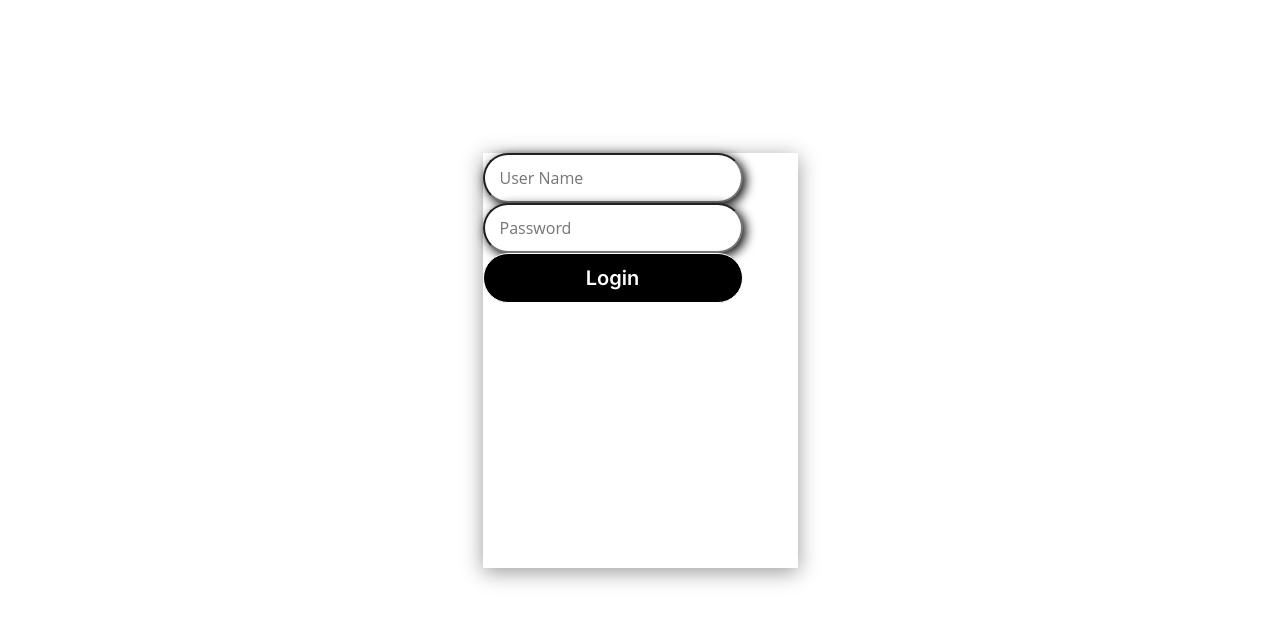
Repository: Cherced/virtualassistant
Page: /Login
These files come from the project's save history. The page is drawn as it stood at one moment and after the next save; the edit follows.
The browser window is 1280 px wide. The pictures show the whole page.
The project was rebuilt for these pictures with package versions that can differ from the ones it lists, and the page was loaded fresh each time. The framework's server and built-in components were replaced by stand-ins that run in the browser.

Above is the page before, as saved 2022-07-15 14:16:04.

### pages/_app.js
import '../sass/global.scss';


const MyApp = ({ Component, pageProps }) => {
    return <Component {...pageProps} />
  }


export default MyApp

### pages/_document.js
import { Html, Head, Main, NextScript } from 'next/document'

export default function Document() {

  return (
    <Html lang="en">
      <Head />
      <body>
        <Main />
        <div id="portal"></div>
        <NextScript />
      </body>
    </Html>
  )
}

### pages/Login.jsx
import React from 'react'
import { LoginForm } from '../components/molecules/login/LoginForm'

const Login = () => {
  return (
    <div className="login">
        <LoginForm/>
    </div>
  )
}

export default Login

### sass/global.scss
@import './vars';
@import './components';
@import './pages/draft';
@import './pages/welcome';
@import './pages/welcomeS';
@import './pages/login';

### components/molecules/login/LoginForm.jsx
import React from 'react'
import { BasicInput } from '../../atoms/inputs/BasicInput'
import { BasicButton } from '../../atoms/buttons/BasicButton'

export const LoginForm = () => {
    const sendUserAuth = () => {
        console.log("SEEEENDEED")
    }
  return (
    <form className="loginForm" onSubmit={()=> sendUserAuth()}>
        <div className="loginForm__inputs--container">
        <BasicInput type="text" placeholder="User Name" id="user" name="user" />
        <BasicInput type="password" placeholder="Password" id="passWord" name="passWord" />
        </div>
        <BasicButton color="black" type="submit" title="Login"/>
    </form>
  )
}

### sass/_vars.scss
@import url('https://fonts.googleapis.com/css2?family=Inter:wght@100;200;300;500;600;700;800;900&family=Roboto:ital,wght@0,100;0,300;0,400;0,500;0,700;0,900;1,100;1,300;1,400;1,500;1,700;1,900&display=swap');
@import url('https://fonts.googleapis.com/css2?family=Roboto:ital,wght@0,100;0,300;0,400;0,500;0,700;0,900;1,100;1,300;1,400;1,500;1,700;1,900&family=Ubuntu:ital,wght@0,300;0,400;0,500;0,700;1,300;1,400;1,500;1,700&display=swap');

$mainColor: black;
$mainTextColor: white;
$mainFont: 'Inter';
$subTitle: 'Roboto';


*{
    box-sizing: border-box;
    margin: 0;
    padding: 0;
    font-family: Arial, Helvetica, sans-serif;
}

### sass/_components.scss
@import './components/headers/welcomeHeader';
@import './components/carrousels/carrousel';
@import './components/buttons/nextButton';
@import './components/buttons/basicButton';
@import './components/inputs/basicInput';

### sass/components/headers/_welcomeHeader.scss
.brand {
  width: 100%;
  min-height: 500px;
  display: flex;
  background: black;
  border-radius: 0 0 100px 100px;
  box-shadow: 6px 6px 20px 3px rgba(0, 0, 0, 0.2);
  justify-content: center;
  align-items: center;

  .brand__elipse--container {
    display: none;
  }

  .brand__img {
    z-index: 2;
    object-fit: cover;
  }
}

@media screen and (min-width: 1024px) {
  .brand {
    background-repeat: no-repeat;
    background-position: center;
    background-position-y: -200px;
    border-radius: none;
    background-image: url('../../../public/img/Ellipse.png');
    background: linear-gradient(180deg, #000000, #ffffff, #7d7777, #ececec, #7b7b7b, #000000, #545454, #e1e1e1, #e1e1e1);
    background-size: 1800% 1800%;

    -webkit-animation: AnimationName 27s ease infinite;
    -moz-animation: AnimationName 27s ease infinite;
    animation: AnimationName 27s ease infinite;


  .brand__elipse--container {
    display: block;
    position: absolute;
    top: -193px;
    z-index: 1;
  }
  }


@-webkit-keyframes AnimationName {
  0%{background-position:0% 68%}
  50%{background-position:100% 33%}
  100%{background-position:0% 68%}
}
@-moz-keyframes AnimationName {
  0%{background-position:0% 68%}
  50%{background-position:100% 33%}
  100%{background-position:0% 68%}
}
@keyframes AnimationName {
  0%{background-position:0% 68%}
  50%{background-position:100% 33%}
  100%{background-position:0% 68%}
}

}

### sass/components/carrousels/_carrousel.scss
.carrousel {
    max-width: 500px;
    height: auto;
    min-width: 300px;
    overflow: hidden;

    .slider {
        position: relative;
        display: flex;
        width: 200%;
        height: 100%;
    }

    .carrousel__list {
        list-style: none;
        display: flex;
        flex-direction: column;
        width: 100%;

        .carrousel__list--item {
            width: 100%;
            display: flex;
            flex-direction: row;
            align-items: center;
            justify-content: center;

            .carrousel__item--title {
                font-family: $subTitle;
                font-style: normal;
                font-weight: 500;
                font-size: 20px;
                line-height: 24px;
                text-align: center;
                letter-spacing: 0.04em;
                margin-bottom: 30px;
            }

            .carrousel__item--parragraph {
                font-style: normal;
                font-weight: 400;
                font-size: 15px;
                line-height: 18px;
                text-align: center;
                letter-spacing: 0.04em;
                font-family: $mainFont;
                color: #0F184D;
                padding: 0 30px;
                text-align: center;
            }
        }
    }
}

### sass/components/buttons/_nextButton.scss
.button__next {
    display: flex;
    width: auto;
    min-width: 100px;
    height: 50px;
    justify-content: space-around;
    align-items: center;
    background: black;
    color: white;
    border-radius: 100px;
    padding: 0 0 0 30px;
    box-shadow: 5px 5px 10px 0px black;
    cursor: pointer;
    font-family: $mainFont;
    font-size: 16px;


    .button__next--Arrow {
        width: 50px;
        height: 50px;
        display: flex;
        align-items: center;
        justify-content: center;
        background: $mainTextColor;
        border-radius: 100px;
        margin-left: 10px;

        .next__arrow--h1 {
            padding: 10px;
            color: $mainColor;
            font-family: $mainFont;
        }
    }

}

### sass/components/buttons/_basicButton.scss
.basic__button {
    width: 260px;
    height: 50px;
    border-radius: 30px;
}

.black {
    background: black;
    border: 1px solid white;
    font-family: $mainFont;
    font-style: normal;
    font-weight: 600;
    font-size: 20px;
    line-height: 30px;
    text-align: center;
    color: #FFFFFF;
}

.white{
    background: white;
    border: 1px solid black;
    font-family: $mainFont;
    font-style: normal;
    font-weight: 600;
    font-size: 20px;
    line-height: 30px;
    text-align: center;
    color: black;
}

### sass/components/inputs/_basicInput.scss
.basicInput {
    width: 260px;
    height: 50px;
    border-radius: 30px;
    padding-left: 15px;
    box-shadow: 3px 3px 11px 0px black;
    // letter style:
    font-family: 'Open Sans';
    font-style: normal;
    font-weight: 400;
    font-size: 16px;
    line-height: 22px;
    text-align: start;
    color: #848484;

}

### sass/pages/_draft.scss

.Draft{
    display: flex;
    align-self: center;
    width: 100%;
    justify-content: center;
    height: 100vh;
    flex-direction: column;
    align-items: center;
}

### sass/pages/_welcome.scss
.welcome {
    width: 100%;
    height: 100vh;
    display: flex;
    flex-direction: column;
    align-items: center;
    box-shadow: 7px 8px 20px 7px black;
    justify-items: center;
    justify-content: space-between;

    .main__Content--welcome {
        width: 100%;
        height: 100%;
        display: flex;
        justify-content: center;
        flex-direction: column;
        align-items: center;

        .main__Content--title {
            font-family: $mainFont;
            font-style: normal;
            font-weight: 600;
            font-size: 30px;
            line-height: 18px;
            text-align: center;
            letter-spacing: 0.04em;

            color: #0F184D;
            margin: 30px 0;
        }
    }

    .NavButtons {
        display: flex;
        width: 100%;
        align-items: center;
        justify-content: space-between;
        padding: 0 30px;
        margin: 20px 0;

        .NavButtons__ancord {
            text-decoration: none;
            font-style: normal;
            font-weight: 400;
            font-size: 15px;
            line-height: 18px;
            letter-spacing: 0.04em;
            font-family: $mainFont;
            color: #000000;
        }
    }
}

### sass/pages/_welcomeS.scss
.welcomeS {
    height: 100vh;
    background: linear-gradient(333.49deg, #000000 55.66%, rgba(217, 217, 217, 0) 92.17%);
    display: flex;
    flex-direction: column;
    align-items: center;
    justify-content: space-around;

    .welcomeS__header {
        width: 100%;
        height: 50%;
        display: flex;
        align-items: center;
        justify-content: center;

        .welcomeS__header--img {
            width: 350px;
            height: 450px;
            object-fit: cover;
            border-radius: 100px 0 100px 0;
        }
    }

    .welcomeS__main {
        width: 90%;
        color: white;
        display: flex;
        align-items: center;
        justify-content: center;

        .welcomeS__main--title {
            text-align: center;
            font-family: $mainFont;
            font-style: normal;
            font-weight: 400;
            font-size: 24px;
            line-height: 29px;
            letter-spacing: 0.07em;
        }
    }
}

### sass/pages/_login.scss
.login {
    width: 100%;
    height: 100vh;
    display: flex;
    align-items: center;
    justify-content: center;

    .loginForm {
        background: rgba(255, 255, 255, 0.77);
        box-shadow: 0px 4px 20px rgba(0, 0, 0, 0.4);
        width: 315px;
        height: 415px;
    }
}

### components/atoms/inputs/BasicInput.jsx
import React from 'react'

export const BasicInput = (props) => {
  return (
    <input className="basicInput" type={props.type} id={props.id} name={props.name} placeholder={props.placeholder}/>
  )
}

### components/atoms/buttons/BasicButton.jsx
import React from 'react'

export const BasicButton = (props) => {
  return (
    <button onSubmit={props.onSubmit} onClick={props.onClick} className={`basic__button ${props.color}`} type={props.type} aria-label={props.aria}>
      {props.title}
    </button>
  )
}

After the next save:
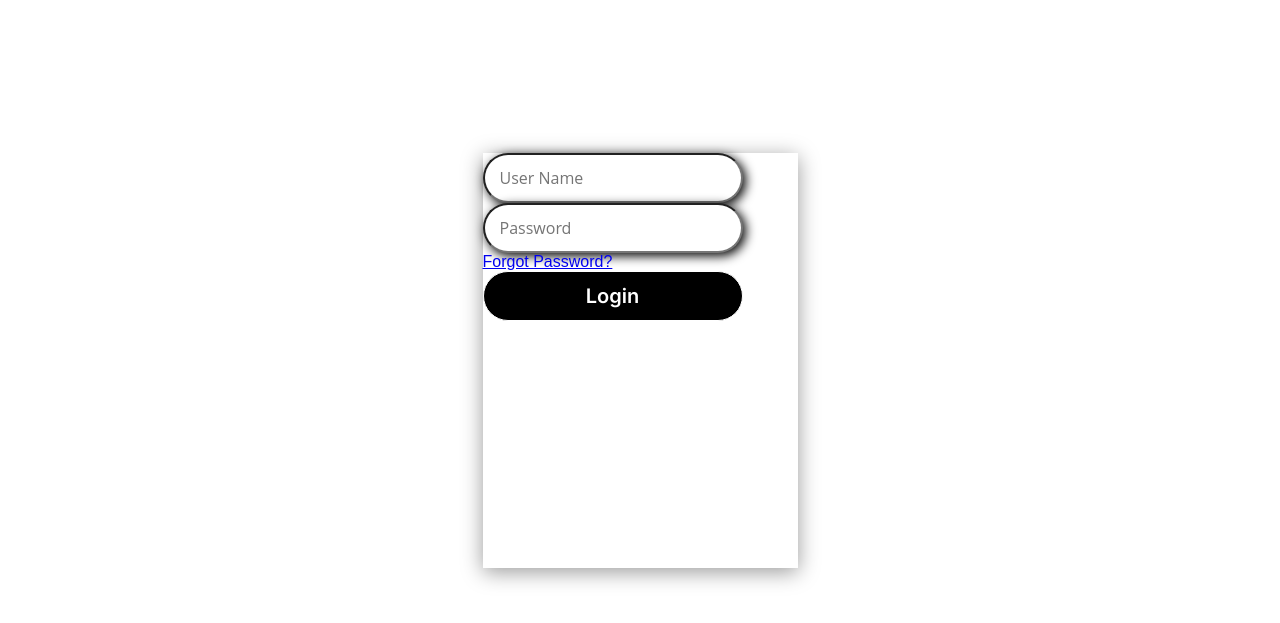
Saved 87 s later.
--- a/components/molecules/login/LoginForm.jsx
+++ b/components/molecules/login/LoginForm.jsx
@@ -1,4 +1,5 @@
 import React from 'react'
+import Link from 'next/link'
 import { BasicInput } from '../../atoms/inputs/BasicInput'
 import { BasicButton } from '../../atoms/buttons/BasicButton'
 
@@ -12,6 +13,9 @@ export const LoginForm = () => {
         <BasicInput type="text" placeholder="User Name" id="user" name="user" />
         <BasicInput type="password" placeholder="Password" id="passWord" name="passWord" />
         </div>
+        <Link href="#">
+        <a>Forgot Password?</a>
+        </Link>
         <BasicButton color="black" type="submit" title="Login"/>
     </form>
   )
